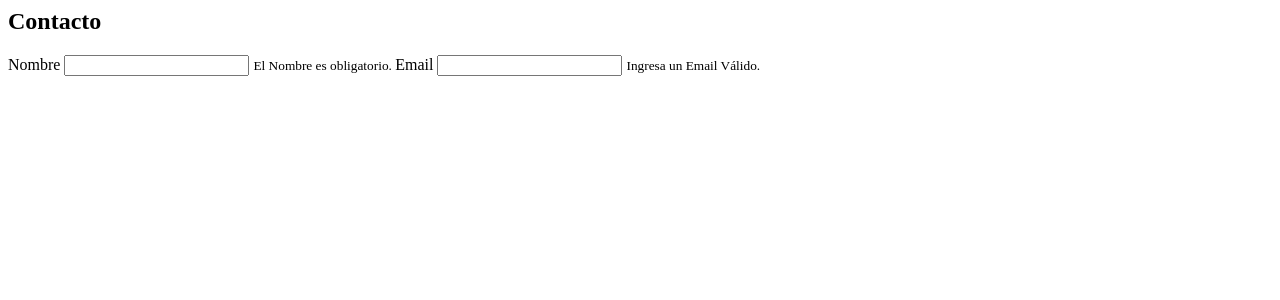
Repository: MatiNicolasur/Academia-de-matematicas
Page: frontend/src/app/pages/contacto/contacto.html
An editor plug-in stored every save of this project. The page is shown before and after a run of saves, followed by the edit.
The browser window is 1280 px wide. The pictures show the whole page.

Above is the page before, as saved 2025-11-13 01:15:49.

After the next 4 saves:
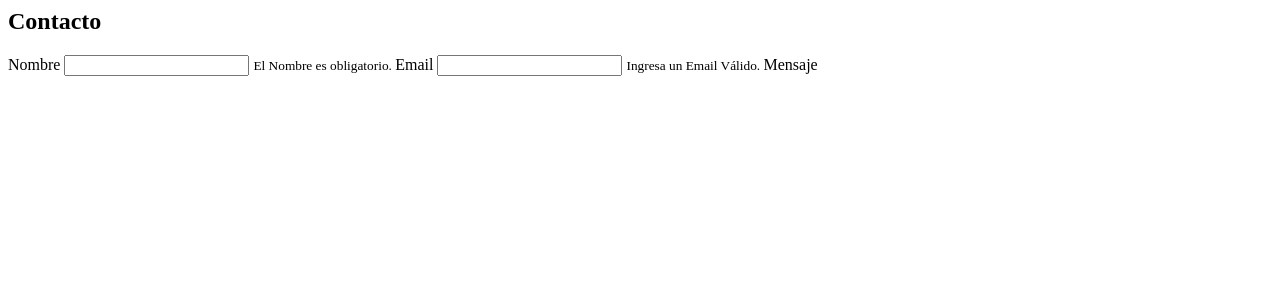
The 4 saves are shown as one change because they came seconds apart.
The last was saved 10 s later.
--- a/frontend/src/app/pages/contacto/contacto.html
+++ b/frontend/src/app/pages/contacto/contacto.html
@@ -16,5 +16,7 @@
         Ingresa un Email Válido.
     </small>
 
-    <!-- -->
+    <!-- Mensaje -->
+    <label>Mensaje</label>
+
 </form>
